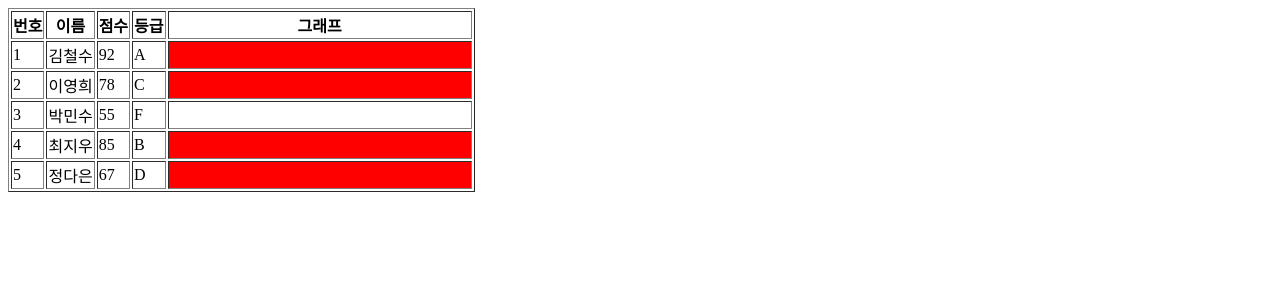
Repository: kkj68106810-dot/jsp2026
Page: http://localhost/chapter01/example_score.jsp
These files come from the project's save history. The page is drawn as it stood at one moment and after the next save; the edit follows.
The browser window is 1280 px wide. The pictures show the whole page.
The page is served by Tomcat 9.

Above is the page before, as saved 2026-10-16 05:12:28.

### chapter01/src/main/webapp/example_score.jsp
<%@ page language="java" contentType="text/html; charset=UTF-8"
    pageEncoding="UTF-8" import="java.util.*" %>
<!DOCTYPE html>
<html>
<head>
<meta charset="UTF-8">
<title>Insert title here</title>
<style>
	tr td{

	}
	.score.A{
		width: 100%;
		height: 60%;
		background-color: red;
	}
	.score.B{
		width: 90%;
		height: 60%;
		background-color: red;
	}
	.score.C{
		width: 80%;
		height: 60%;
		background-color: red;
	}
	.score.D{
		width: 70%;
		height: 60%;
		background-color: red;
	}
	.score.D{
		width: 60%;
		height: 60%;
		background-color: red;
	}
</style>

</head>
<body>
	<%!
		String[] names= {"김철수", "이영희", "박민수", "최지우", "정다은"};
		int[] scores = {92, 78, 55, 85, 67};

		private String getGrade(int score) {
			String resultGrade = "F";
			System.out.println(score);
			for(int i = 0; i < scores.length; i++) {
				if(score >= 90) {
					resultGrade = "A";
				} else if (score >= 80) {
					resultGrade = "B";
				} else if (score >= 70) {
					resultGrade = "C";
				} else if (score >= 60) {
					resultGrade = "D";
				}
			}
			return resultGrade;
		}
	%>
	<table border="1">
		<tr>
			<th>번호</th>
			<th>이름</th>
			<th>점수</th>
			<th>등급</th>
			<th>그래프</th>
		</tr>
		<% for(int j = 0 ; j < names.length; j++) { %>
		<tr>

			<td><%=j+1%></td>
			<td><%=names[j]%></td>
			<td><%=scores[j]%></td>
			<td><%=getGrade(scores[j]) %></td>
			<td style="width:300px" class="score <%=getGrade(scores[j])%> ">


			</td>

		</tr>
		<% } %>

	</table>
</body>
</html>

After the next save:
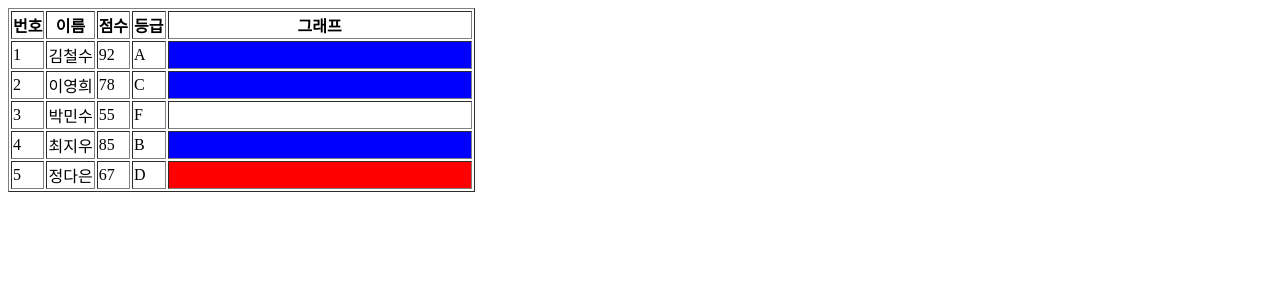
Saved 20 s later.
--- a/chapter01/src/main/webapp/example_score.jsp
+++ b/chapter01/src/main/webapp/example_score.jsp
@@ -12,22 +12,22 @@
 	.score.A{
 		width: 100%;
 		height: 60%;
-		background-color: red;
+		background-color: blue;
 	}
 	.score.B{
 		width: 90%;
 		height: 60%;
-		background-color: red;
+		background-color: blue;
 	}
 	.score.C{
 		width: 80%;
 		height: 60%;
-		background-color: red;
+		background-color: blue;
 	}
 	.score.D{
 		width: 70%;
 		height: 60%;
-		background-color: red;
+		background-color: blue;
 	}
 	.score.D{
 		width: 60%;
